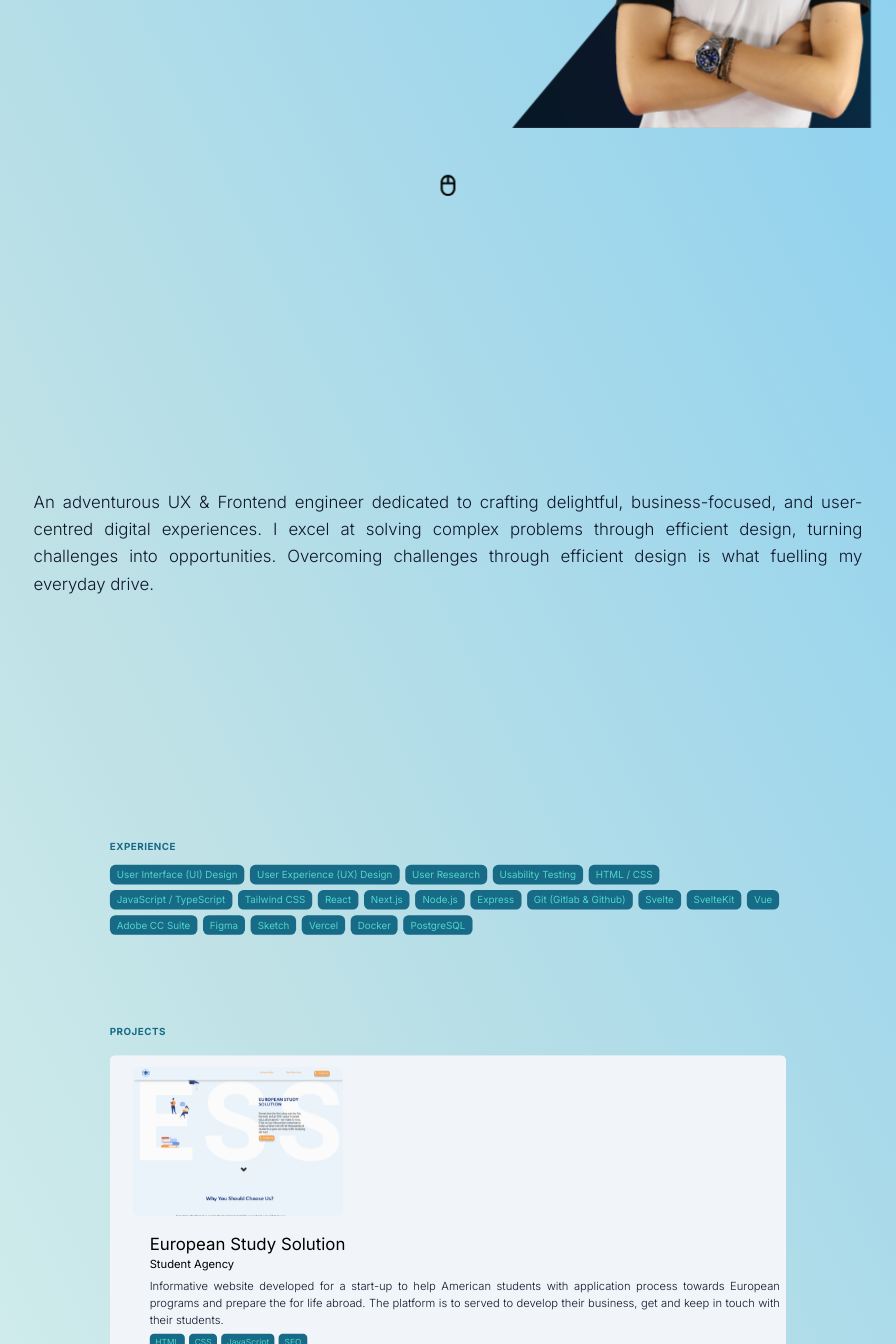
Repository: TheMarcellVarga/personal-portfolio-v.2
Page: /
These files come from the project's save history. The page is drawn as it stood at one moment and after the next save; the edit follows.
The browser window is 1280 px wide. The pictures show the part of the page from y = 408 to 2328 px (the page is 4861 px tall before and 4294 px after), at 70% of full size.
The project was rebuilt for these pictures with package versions that can differ from the ones it lists, and the page was loaded fresh each time. The framework's server and built-in components were replaced by stand-ins that run in the browser. Also part of the build but not shown: next.config.mjs.

Above is the page before, as saved 2024-07-21 23:29:45.

After the next save:
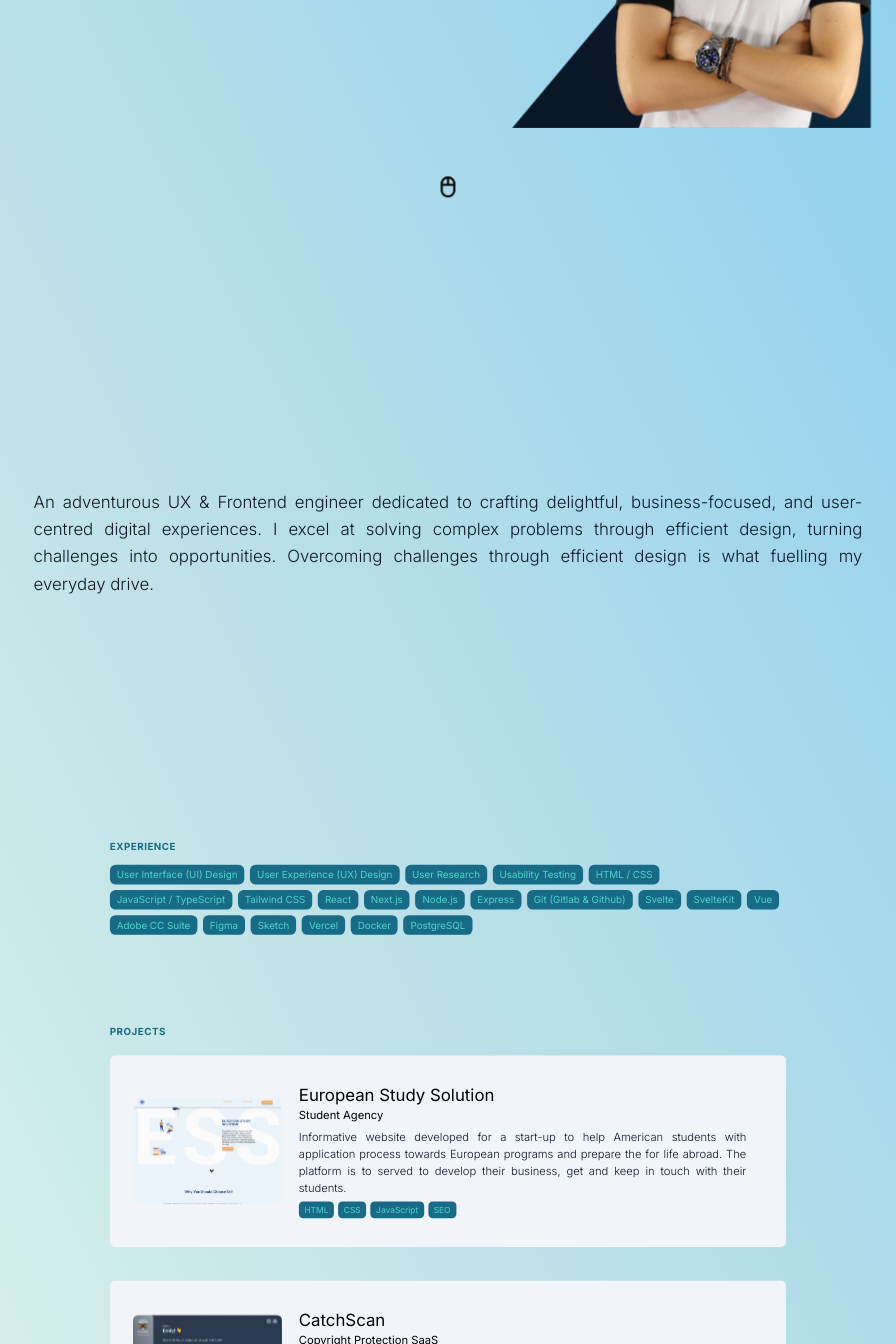
Saved 12 s later.
--- a/app/page.tsx
+++ b/app/page.tsx
@@ -402,7 +402,7 @@ export default function Page() {
                   </div> */}
                     <Link
                       href={project.link}
-                      className={`w-full flex md:flex-col px-8 py-3.5 md:py-4 lg:py-4.5 2xl:py-8 rounded-lg transition-colors duration-200 ease-in-out ${
+                      className={`w-full flex flex-col md:flex-row px-8 py-3.5 md:py-4 lg:py-4.5 2xl:py-8 rounded-lg transition-colors duration-200 ease-in-out ${
                         isDarkMode
                           ? "bg-slate-800 hover:bg-slate-700 border-transparent hover:border-slate-600 border"
                           : "bg-slate-100 hover:bg-slate-100 border-transparent hover:border-slate-300 border"
